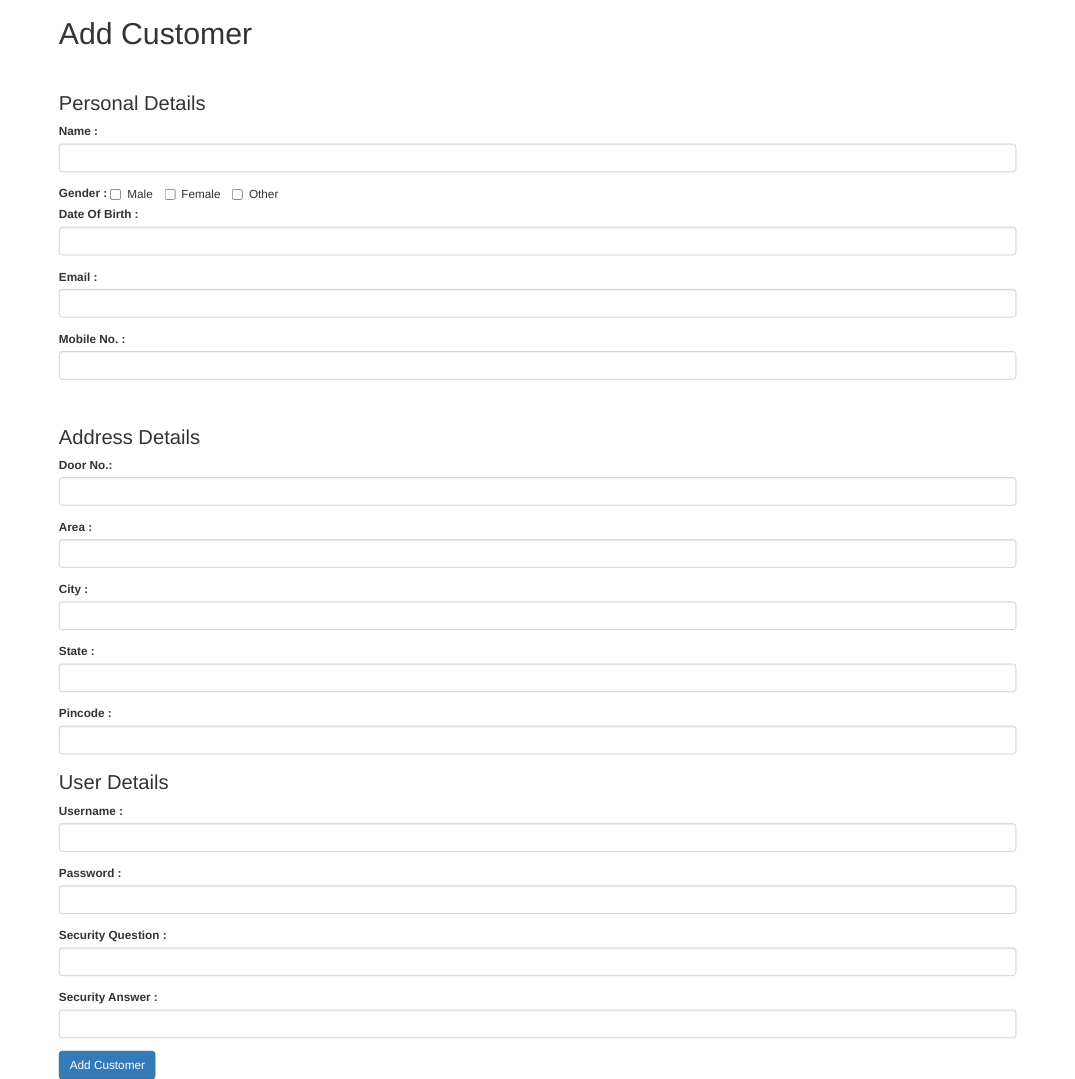
Repository: Shubham-Gawade/SpringHibernateTraining
Page: http://localhost/xorbankonline/WEB-INF/pages/addcustomer.jsp
The author's editor kept a copy of each file at every save. The page is drawn from the files as they stood at one save, then again after the next save.
The browser window is 1280 px wide. The pictures show the whole page, at 84% of full size.
The page is served by Tomcat 9. Nobody is signed in. Other server files are loaded and not shown. The template is opened directly, without the code that normally fills it, so the values that code supplies are empty.

Above is the page before, as saved 2021-10-07 04:47:51.

### xorbankonline/src/main/webapp/WEB-INF/pages/addcustomer.jsp
<%@ page language="java" contentType="text/html; charset=ISO-8859-1"
    pageEncoding="ISO-8859-1"%>
<%@ taglib prefix="form" uri="http://www.springframework.org/tags/form" %>
<!DOCTYPE html>
<html>
<head>
<meta charset="ISO-8859-1">
<title>Insert title here</title>
<link rel="stylesheet" href="https://maxcdn.bootstrapcdn.com/bootstrap/3.3.7/css/bootstrap.min.css">
</head>
<body class="container">
	<h1>Add Customer</h1>
	<form:form action="addcustomer" method="post" modelAttribute="customerObj">
		<br/>
		<h3>Personal Details</h3>
		<div class="form-group">
		    <label for="name">Name :</label>
		    <form:input type="text" path="personName" class="form-control" name="name"/>
		</div>
		<label name="gender">Gender :</label>
		<label class="checkbox-inline"><input type="checkbox" name="gender" value="MALE">Male</label>
		<label class="checkbox-inline"><input type="checkbox" name="gender" value="FEMALE">Female</label>
		<label class="checkbox-inline"><input type="checkbox" name="gender" value="OTHER">Other</label>
		<div class="form-group">
		    <label for="dateOfBirth">Date Of Birth :</label>
		    <input type="text" class="form-control" name="dateOfBirth">
		</div>
		<div class="form-group">
		    <label for="emailId">Email :</label>
		    <form:input type="email" class="form-control" path="emailId" name="emailId"/>
		</div>
		<div class="form-group">
		    <label for="email">Mobile No. :</label>
		    <form:input type="number" class="form-control" path="mobileNo" name="mobileNo"/>
		</div>

		<br/>
		<h3>Address Details</h3>
		<div class="form-group">
		    <label for="doorNo">Door No.:</label>
		    <form:input type="text" class="form-control" path="address.doorNo" name="doorNo"/>
		</div>
		<div class="form-group">
		    <label for="area">Area :</label>
		    <form:input type="text" class="form-control" path="address.area" name="area"/>
		</div>
		<div class="form-group">
		    <label for="city">City :</label>
		    <form:input type="text" class="form-control" path="address.city" name="city"/>
		</div>
		<div class="form-group">
		    <label for="state">State :</label>
		    <form:input type="text" class="form-control" path="address.state" name="state"/>
		</div>
		<div class="form-group">
		    <label for="pincode">Pincode :</label>
		    <form:input type="text" class="form-control" path="address.pincode" name="pincode"/>
		</div>

		<h3>User Details</h3>
		<div class="form-group">
		    <label for="userName">Username :</label>
		    <form:input type="text" class="form-control" path="user.userName" name="userName"/>
		</div>
		<div class="form-group">
		    <label for="password">Password :</label>
		    <form:input type="text" class="form-control" path="user.password" name="password"/>
		</div>
		<div class="form-group">
		    <label for="securityQuestion">Security Question :</label>
		    <form:input type="text" class="form-control" path="user.securityQuestion" name="securityQuestion"/>
		</div>
		<div class="form-group">
		    <label for="securityAnswer">Security Answer :</label>
		    <form:input type="text" class="form-control" path="user.securityAnswer" name="securityAnswer"/>
		</div>
		<input class="btn btn-primary" type="submit" value="Add Customer"/>
	</form:form>
</body>
</html>

After the next save:
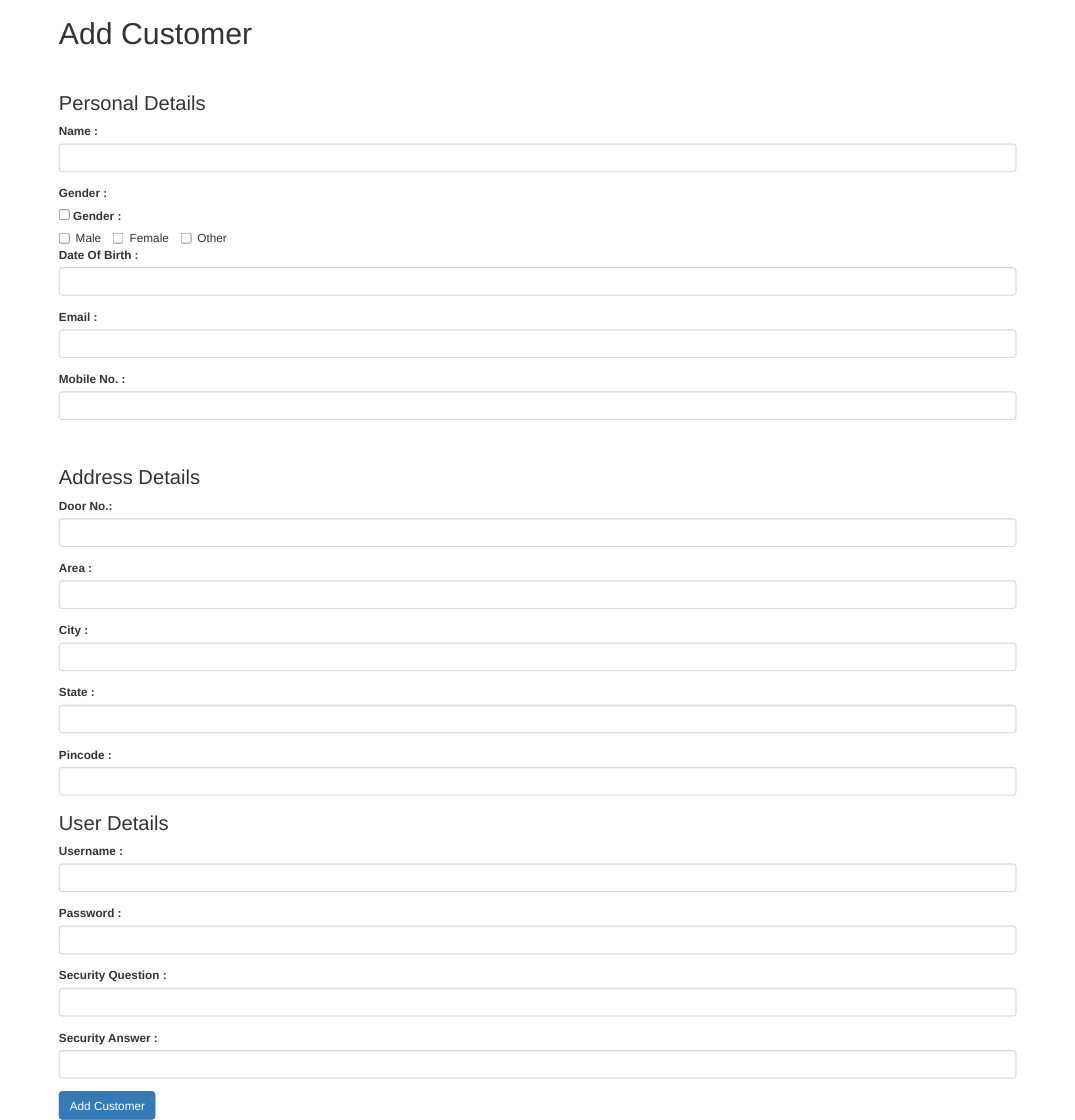
Saved 81 s later.
--- a/xorbankonline/src/main/webapp/WEB-INF/pages/addcustomer.jsp
+++ b/xorbankonline/src/main/webapp/WEB-INF/pages/addcustomer.jsp
@@ -18,6 +18,12 @@
 		    <form:input type="text" path="personName" class="form-control" name="name"/>
 		</div>
 		<label name="gender">Gender :</label>
+		<div class="form-check">
+		  <input class="form-check-input" type="checkbox" value="" id="flexCheckDefault">
+		  <label class="form-check-label" for="flexCheckDefault">
+		    Gender :
+		  </label>
+		</div>
 		<label class="checkbox-inline"><input type="checkbox" name="gender" value="MALE">Male</label>
 		<label class="checkbox-inline"><input type="checkbox" name="gender" value="FEMALE">Female</label>
 		<label class="checkbox-inline"><input type="checkbox" name="gender" value="OTHER">Other</label>
